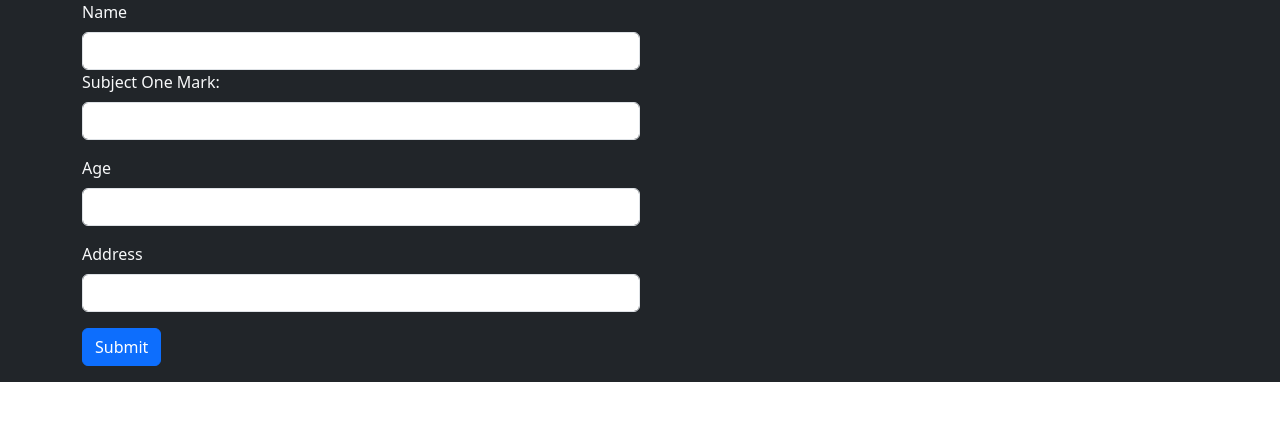
Repository: RG4025/AdvanceJava
Page: ClassWorkFeb15/src/main/webapp/grade.html
These files come from the project's save history. The page is drawn as it stood at one moment and after the next save; the edit follows.
The browser window is 1280 px wide. The pictures show the whole page.

Above is the page before, as saved 2024-02-15 06:54:11.

### ClassWorkFeb15/src/main/webapp/grade.html
<!doctype html>
<html lang="en">
  <head>
    <meta charset="utf-8">
    <meta name="viewport" content="width=device-width, initial-scale=1">
    <title>Bootstrap demo</title>
    <link href="https://cdn.jsdelivr.net/npm/bootstrap@5.3.2/dist/css/bootstrap.min.css" rel="stylesheet" integrity="sha384-T3c6CoIi6uLrA9TneNEoa7RxnatzjcDSCmG1MXxSR1GAsXEV/Dwwykc2MPK8M2HN" crossorigin="anonymous">

    <style>


    </style>
  </head>
  <body>


				<section class=" Main bg-dark text-light h-100 w-100 d-flex justify-content-center align-items-center">

					<div class="Main2 container ">
						<form class="col-12 col-md-6" method="post" action="MainFirst">
							      <div class="mb-3">
							    <label for="exampleInputEmail1" class="form-label"> Name</label>
							    <input type="text" class="form-control" name="name">

							  <div class="mb-3">
							    <label for="exampleInputPassword1" class="form-label">Subject One Mark:</label>
							    <input type="text" class="form-control" name="LName">
							  </div>

							  <div class="mb-3">
							    <label for="exampleInputPassword1" class="form-label">Age</label>
							    <input type="text" class="form-control" name="age">
							  </div>

							  <div class="mb-3">
							    <label for="exampleInputPassword1" class="form-label">Address</label>
							    <input type="text" class="form-control" name="add">
							  </div>

							  <button type="submit" class="btn btn-primary">Submit</button>
						</form>

					</div>
				</section>
    <script src="https://cdn.jsdelivr.net/npm/bootstrap@5.3.2/dist/js/bootstrap.bundle.min.js" integrity="sha384-C6RzsynM9kWDrMNeT87bh95OGNyZPhcTNXj1NW7RuBCsyN/o0jlpcV8Qyq46cDfL" crossorigin="anonymous"></script>
  </body>
</html>

After the next save:
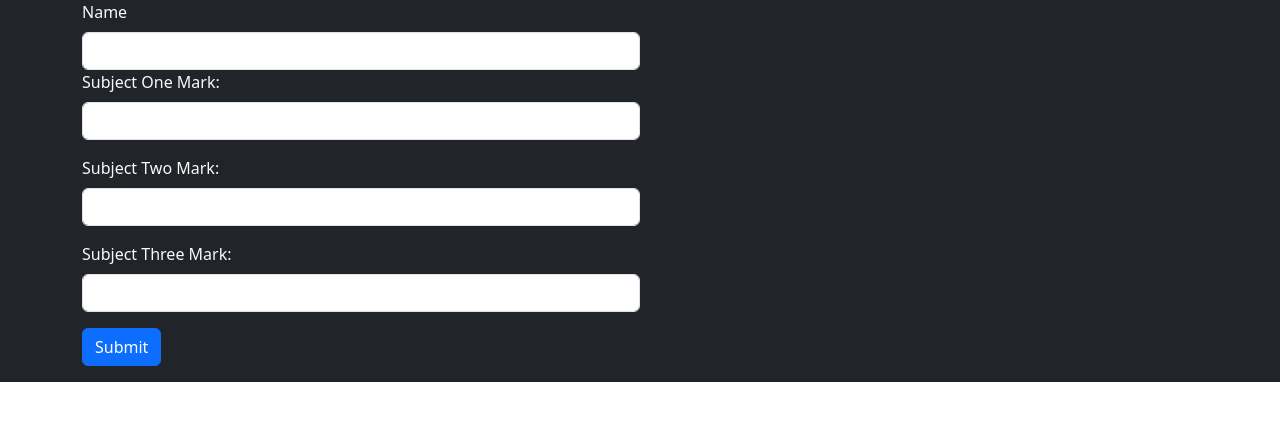
Saved 20 s later.
--- a/ClassWorkFeb15/src/main/webapp/grade.html
+++ b/ClassWorkFeb15/src/main/webapp/grade.html
@@ -24,16 +24,16 @@
 
 							  <div class="mb-3">
 							    <label for="exampleInputPassword1" class="form-label">Subject One Mark:</label>
-							    <input type="text" class="form-control" name="LName">
+							    <input type="text" class="form-control" name="sub1">
 							  </div>
 
 							  <div class="mb-3">
-							    <label for="exampleInputPassword1" class="form-label">Age</label>
+							    <label for="exampleInputPassword1" class="form-label">Subject Two Mark:</label>
 							    <input type="text" class="form-control" name="age">
 							  </div>
 
 							  <div class="mb-3">
-							    <label for="exampleInputPassword1" class="form-label">Address</label>
+							    <label for="exampleInputPassword1" class="form-label">Subject Three Mark:</label>
 							    <input type="text" class="form-control" name="add">
 							  </div>
 
